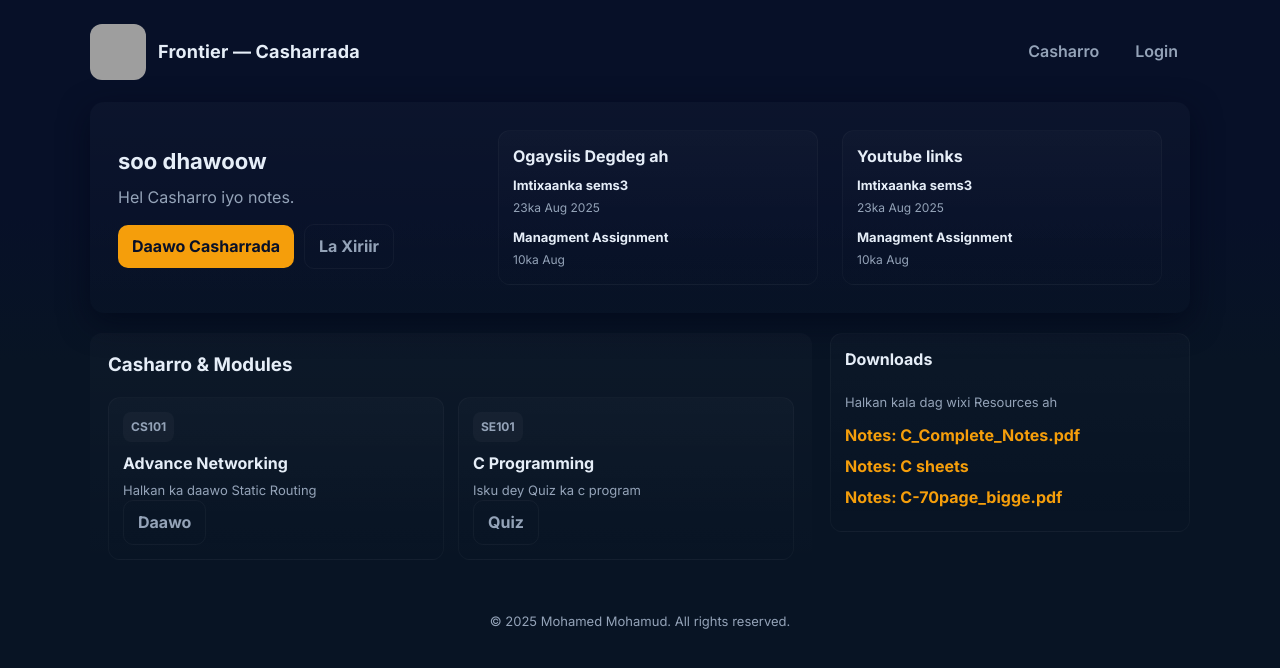
Repository: mrfiiqane/Al-Tacaawun.com
Page: index.html
These files come from the project's save history. The page is drawn as it stood at one moment and after the next save; the edit follows.
The browser window is 1280 px wide. The pictures show the whole page.
Pictures or frames that could not be fetched are drawn as grey boxes.

Above is the page before, as saved 2025-08-12 08:13:57.

After the next save:
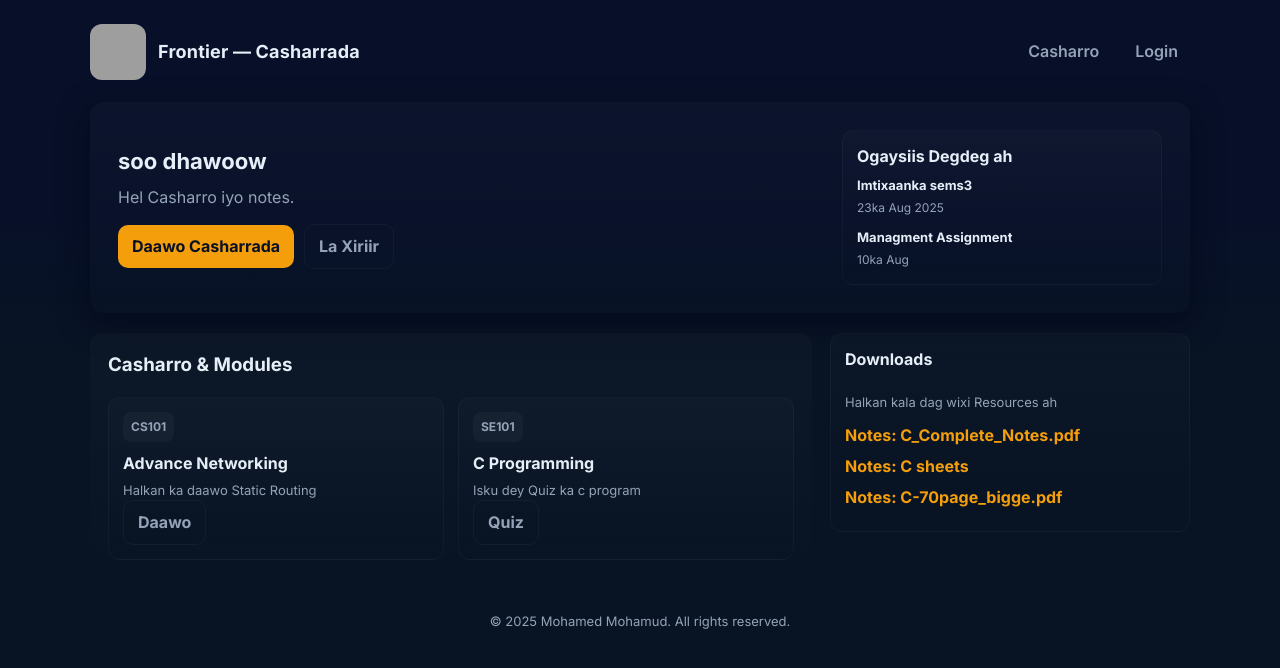
Saved 20 s later.
--- a/index.html
+++ b/index.html
@@ -41,13 +41,6 @@
 
       <div class="hero-right card">
         <h4 style="margin:0 0 8px 0">Ogaysiis Degdeg ah</h4>
-        <ul class="ann-list">
-          <li class="ann"><div><b>Imtixaanka sems3</b><small> 23ka Aug 2025</small></div></li>
-          <li class="ann"><div><b>Managment Assignment</b><small> 10ka Aug</small></div></li>
-        </ul>
-      </div>
-      <div class="hero-right card">
-        <h4 style="margin:0 0 8px 0">Youtube links</h4>
         <ul class="ann-list">
           <li class="ann"><div><b>Imtixaanka sems3</b><small> 23ka Aug 2025</small></div></li>
           <li class="ann"><div><b>Managment Assignment</b><small> 10ka Aug</small></div></li>
